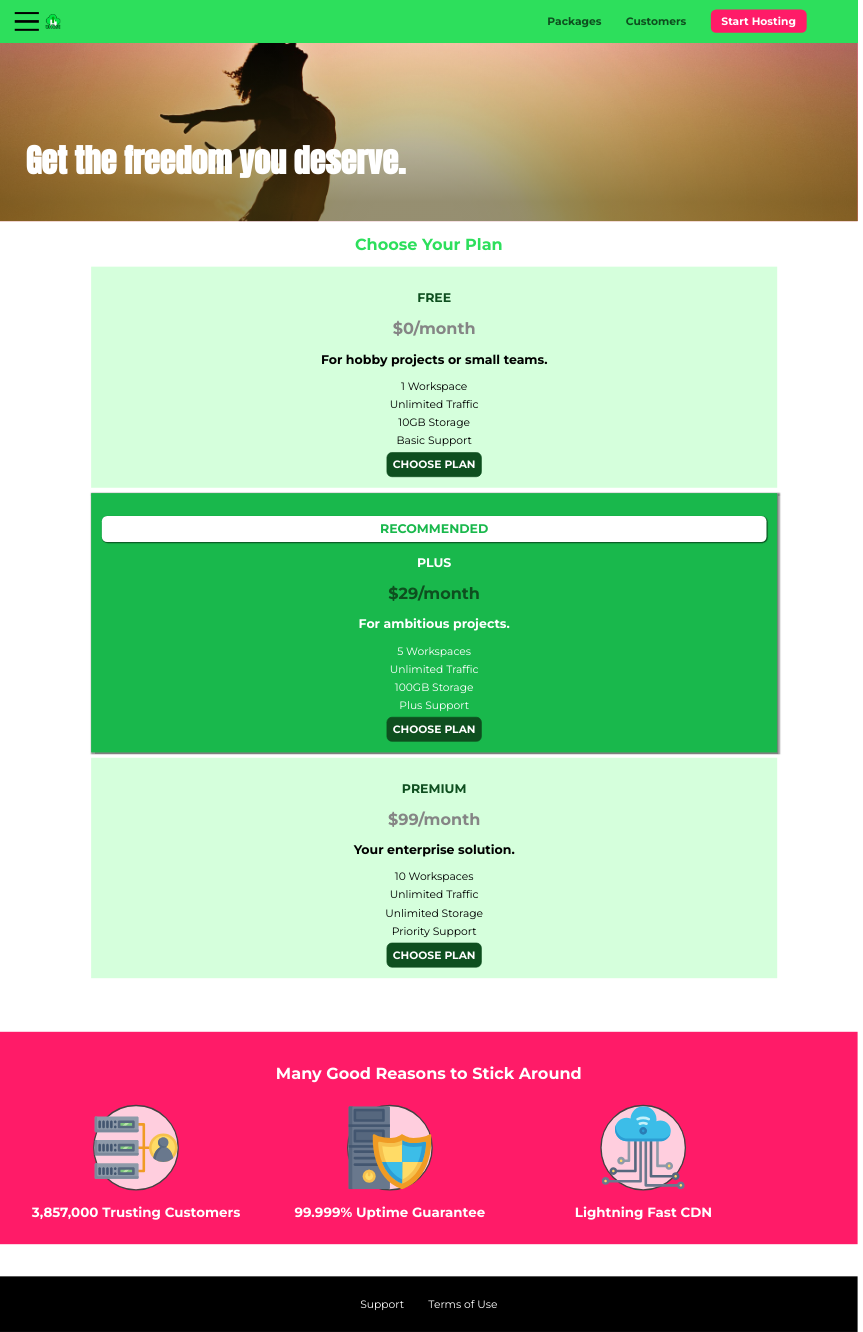
Repository: luacooli/css-course
Page: my_project/index.html
An editor plug-in stored every save of this project. The page is shown before and after the next save, followed by the edit.
The browser window is 1280 px wide. The page is 1280 px wide, then 1288 px, so the pictures cover 1288 px, including what lies to the right of the window. The pictures show the whole page, at 67% of full size.

Above is the page before, as saved 2020-09-16 06:57:22.

After the next save:
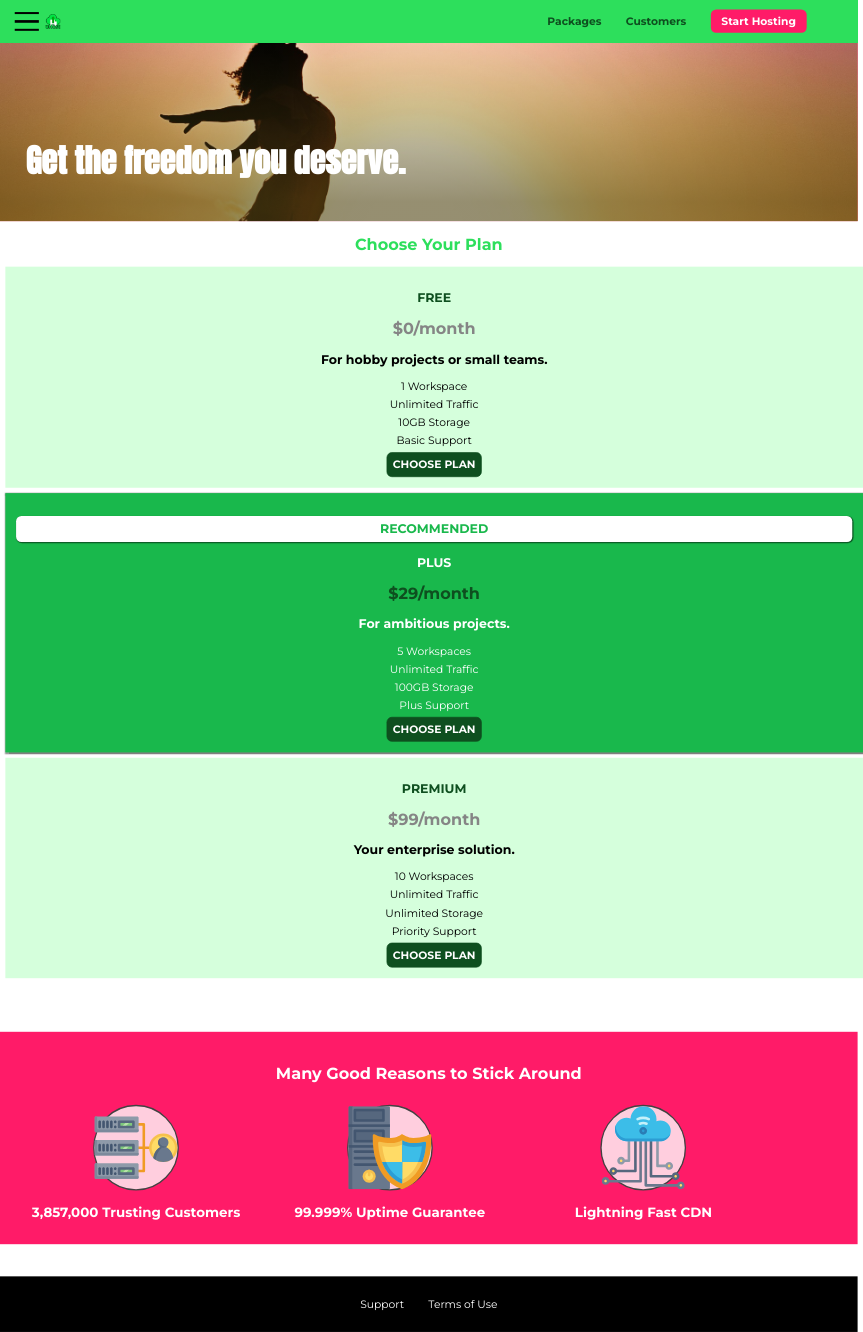
Saved 15 s later.
--- a/my_project/main.css
+++ b/my_project/main.css
@@ -43,8 +43,7 @@
 }
 
 .plan__list {
-  width: 80%;
-  margin: auto;
+  width: 100%;
   text-align: center;
 }
 
